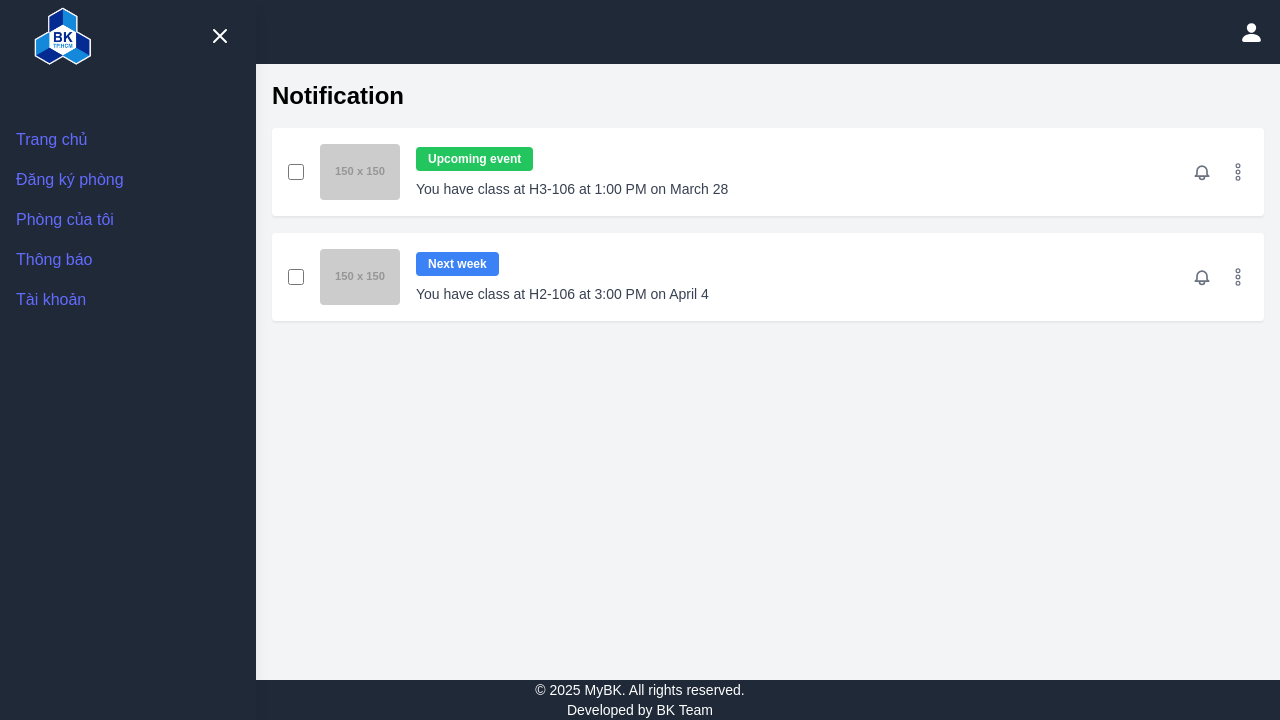
Repository: CNPM-S3MRS/frontend-web
Page: /notification
These files come from the project's save history. The page is drawn as it stood at one moment and after a run of saves; the edit follows.
The browser window is 1280 px wide. The pictures show the whole page.
The project was rebuilt for these pictures with package versions that can differ from the ones it lists, and the page was loaded fresh each time. Also part of the build but not shown: vite.config.js, src/pages/auth/Login.jsx.

Above is the page before, as saved 2025-04-09 03:03:04.

After the next 6 saves:
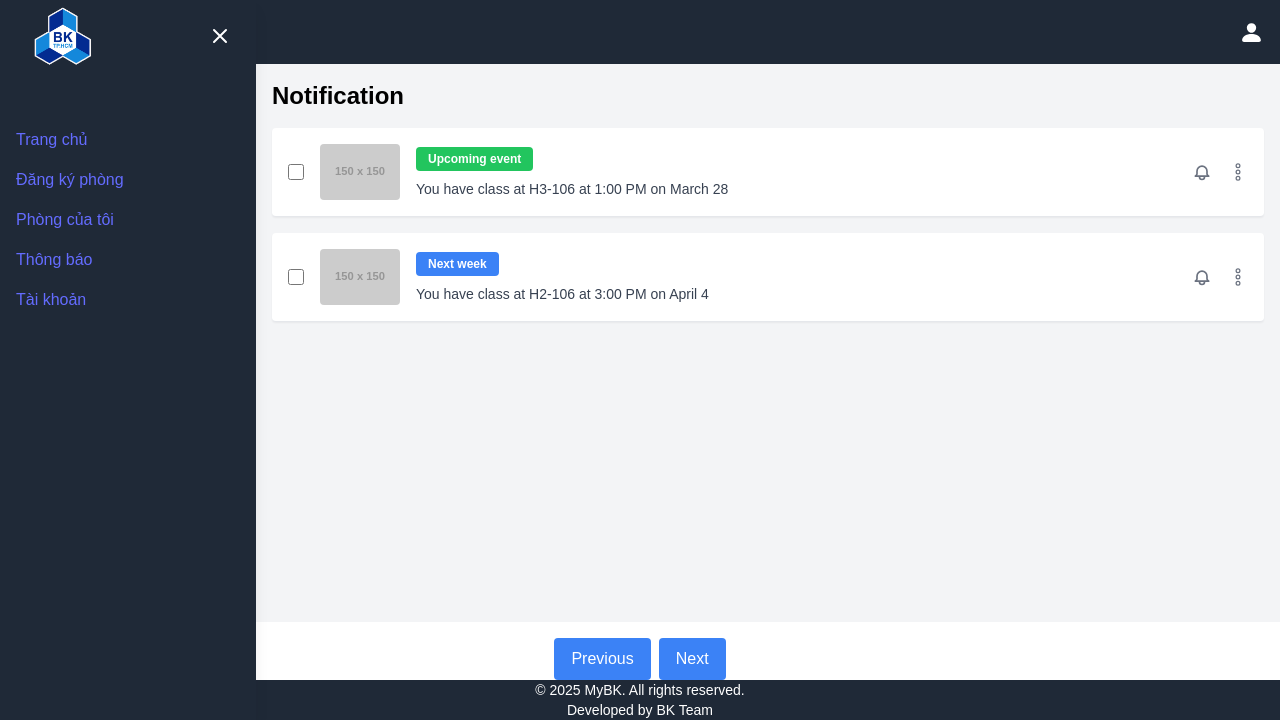
The 6 saves are shown as one change because they came seconds apart.
The last was saved 31 s later.
--- a/src/pages/notification/notification.jsx
+++ b/src/pages/notification/notification.jsx
@@ -39,6 +39,11 @@
           />
         </div>
       </div>
+      {/* Pagination */}
+      <div className="flex justify-center mt-4">
+        <button className="px-4 py-2 bg-blue-500 text-white rounded">Previous</button>
+        <button className="px-4 py-2 bg-blue-500 text-white rounded ml-2">Next</button>
+      </div>
       {/* Footer */}
       <Footer />
     </div>
